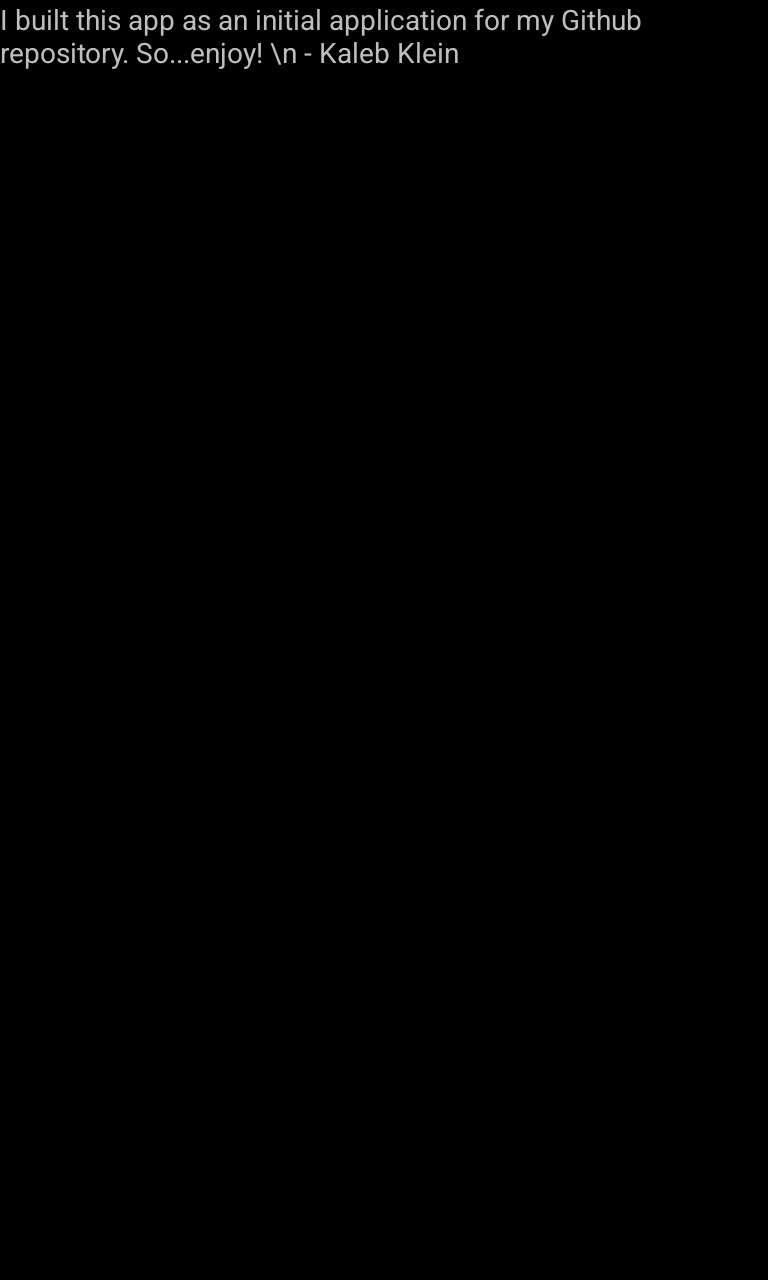
Repository: pazuzu156/KKAndroid
Layout: InitialRepoApp/res/layout/about.xml
These files come from the project's save history. The layout is drawn as it stood at one moment and after the next save; the edit follows.
It is drawn on a 768 x 1280 px phone screen (xhdpi) without system bars, with theme android:Theme; the app's code is not run.

Above is the layout before, as saved 2012-06-17 06:01:24.

### InitialRepoApp/res/layout/about.xml
<?xml version="1.0" encoding="utf-8"?>
<LinearLayout xmlns:android="http://schemas.android.com/apk/res/android"
    android:layout_width="match_parent"
    android:layout_height="match_parent"
    android:orientation="vertical" >

    <TextView
        android:id="@+id/textView1"
        android:layout_width="wrap_content"
        android:layout_height="wrap_content"
        android:text="I built this app as an initial application for my Github repository. So...enjoy! \n - Kaleb Klein" />

</LinearLayout>

After the next save:
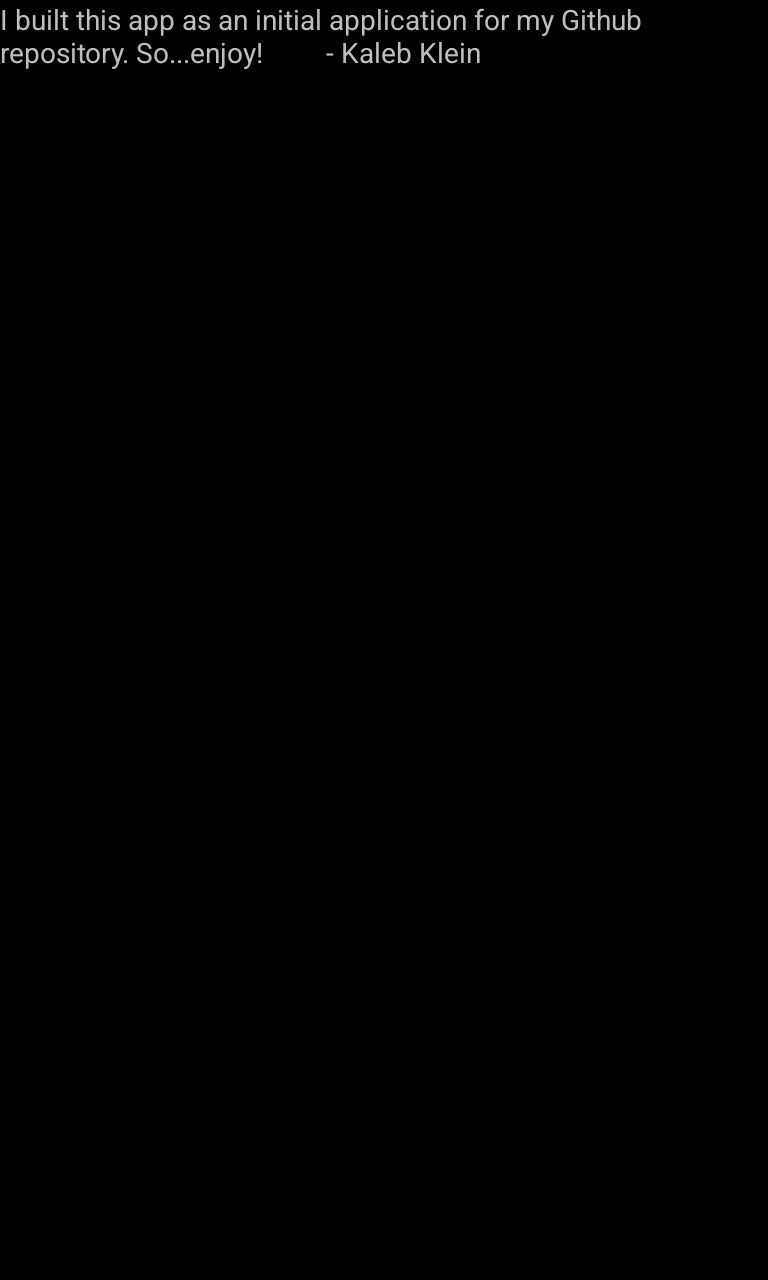
Saved 7 s later.
--- a/InitialRepoApp/res/layout/about.xml
+++ b/InitialRepoApp/res/layout/about.xml
@@ -8,6 +8,7 @@
         android:id="@+id/textView1"
         android:layout_width="wrap_content"
         android:layout_height="wrap_content"
-        android:text="I built this app as an initial application for my Github repository. So...enjoy! \n - Kaleb Klein" />
+        android:text="I built this app as an initial application for my Github repository. So...enjoy!
+        - Kaleb Klein" />
 
 </LinearLayout>
